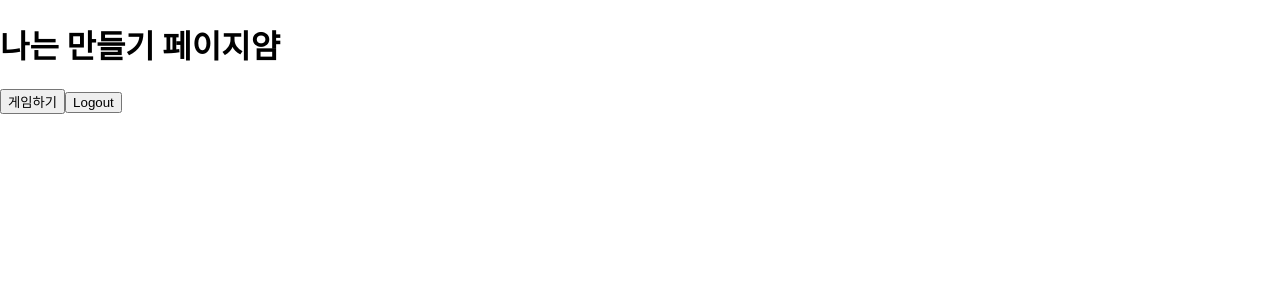
Repository: DevMinwoo-Jung/world_cup
Page: /maker (app in world_cup/)
The author's editor kept a copy of each file at every save. The page is drawn from the files as they stood at one save, then again after the next save.
The browser window is 1280 px wide. The pictures show the whole page.
The project was rebuilt for these pictures with package versions that can differ from the ones it lists, and the page was loaded fresh each time. Also part of the build but not shown: world_cup/src/app.css, world_cup/src/components/login/login.jsx, world_cup/src/components/game/game.jsx.

Above is the page before, as saved 2021-08-31 10:38:39.

### world_cup/src/index.jsx
import React from 'react';
import ReactDOM from 'react-dom';
import './index.css';
import App from './app';
import AuthService from './service/auth_service'
import ImageUploader from './service/image_uploader';
// import ImageFileInput from './components/image_file_input/image_file_input';
import CardRepository from './service/card_repository';

const authService = new AuthService();
const imageUploader = new ImageUploader();
const cardRepository = new CardRepository();
// const FileInput = memo(props => (
//   <ImageFileInput {...props} imageUploader={imageUploader}/>
// ));

ReactDOM.render(
  <React.StrictMode>
    <App authService={authService} cardRepository={cardRepository}/>
  </React.StrictMode>,
  document.getElementById('root')
);

### world_cup/src/app.jsx
import './app.css';
import {
  BrowserRouter as Router,
  Switch,
  Route,
} from "react-router-dom";
import Login from './components/login/login';
import WorldCupMaker from './components/world_cup_maker/world_cup_maker';
import Game from './components/game/game';


function App({authService}) {
  return (
    <Router>
      <Switch>
        <Route exact path="/">
          <Login authService={authService} />
        </Route>
        <Route path="/maker">
          <WorldCupMaker/>
        </Route>
      </Switch>
    </Router>
  );
}

export default App;

### world_cup/src/service/auth_service.js
import {firebaseAuth, githubProvider, googleProvider} from './firebase';


class AuthService {
  login(providerName) {
    const authProvider = this.getProvider(providerName);
    return firebaseAuth.signInWithPopup(authProvider);
  }

  onAuthChange(onUserChanged) {
    firebaseAuth.onAuthStateChanged(user => {
      onUserChanged(user);
    })
  }

  logout() {
    firebaseAuth.signOut();
  }

  getProvider(providerName){
    switch(providerName){
      case 'Google':
      return googleProvider;
      case 'GitHub':
      return githubProvider;
      default:
        throw new Error(`Not supported provider ${providerName}`);
    }
  }
}

export default AuthService;

### world_cup/src/service/image_uploader.js
class ImageUploader {
  async upload(file){
    const data = new FormData();
    data.append('file', file);
    data.append('upload_preset', 'jwa0jjhd');
    const result = await fetch(
      'https://api.cloudinary.com/v1_1/dedew4rko/upload',
      {
        method: 'POST',
        body: data,
      }
    );
    return await result.json();
  };

}

export default ImageUploader;

### world_cup/src/service/card_repository.js
import {firebaseDatabase} from './firebase';

class CardRepository {

  syncCards(userId, onUpdate){
    const ref = firebaseDatabase.ref(`${userId}/cards`);
    ref.on('value', snapshot => {
      const value = snapshot.val();
      value && onUpdate(value);
    });
    return () => ref.off();
  }

  saveCard(userId, card){
    firebaseDatabase.ref(`${userId}/cards/${card.id}`).set(card);
  }

  removeCard(userId, card){
    firebaseDatabase.ref(`${userId}/cards/${card.id}`).remove();
  }
}

export default CardRepository;

### world_cup/src/components/world_cup_maker/world_cup_maker.jsx
import React from 'react';
import { useHistory } from 'react-router-dom';
import {
  BrowserRouter as Router,
  Switch,
  Route,
} from "react-router-dom";
import Game from '../game/game';

const WorldCupMaker = () => {
  let history = useHistory();

  function gotoGame(){
    history.push("/game");
  }

  function goHome(){
    history.push("/");
  }

  return (
    <>
      <h1>나는 만들기 페이지얌</h1>
      <button onClick={gotoGame}>게임하기</button>
      <button onClick={goHome}>Logout</button>
    <Switch>
      <Route path="/game">
        <Game/>
      </Route>
    </Switch>
    </>
  );
};

export default WorldCupMaker;

### world_cup/src/service/firebase.js
import firebase from 'firebase';
import 'firebase/auth';
import 'firebase/database';

const firebaseConfig = {
  apiKey: process.env.REACT_APP_FIREBASE_API_KEY,
  authDomain: process.env.REACT_APP_FIREBASE_AUTH_DOMAIN,
  databaseURL: process.env.REACT_APP_FIREBASE_DB_URL,
  projectId: process.env.REACT_APP_FIREBASE_PROJECT_ID,
};

const firebaseApp = firebase.initializeApp(firebaseConfig);
export const firebaseAuth = firebaseApp.auth();
export const firebaseDatabase = firebaseApp.database();
export const googleProvider = new firebase.auth.GoogleAuthProvider();
export const githubProvider = new firebase.auth.GithubAuthProvider();

Loaded but not shown: world_cup/public/index.html (common file); world_cup/src/index.css (common file); world_cup/src/components/login/login.module.css (no stored copy; drawn as an empty file)

After the next save:
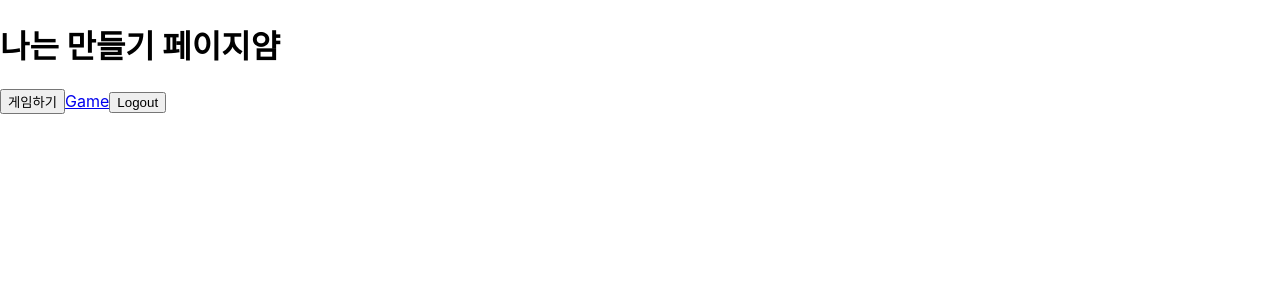
Saved 4 min 10 s later.
--- a/world_cup/src/components/world_cup_maker/world_cup_maker.jsx
+++ b/world_cup/src/components/world_cup_maker/world_cup_maker.jsx
@@ -1,5 +1,5 @@
 import React from 'react';
-import { useHistory } from 'react-router-dom';
+import { Link, useHistory } from 'react-router-dom';
 import {
   BrowserRouter as Router,
   Switch,
@@ -22,6 +22,7 @@ const WorldCupMaker = () => {
     <>
       <h1>나는 만들기 페이지얌</h1>
       <button onClick={gotoGame}>게임하기</button>
+      <Link to="/game">Game</Link>
       <button onClick={goHome}>Logout</button>
     <Switch>
       <Route path="/game">
